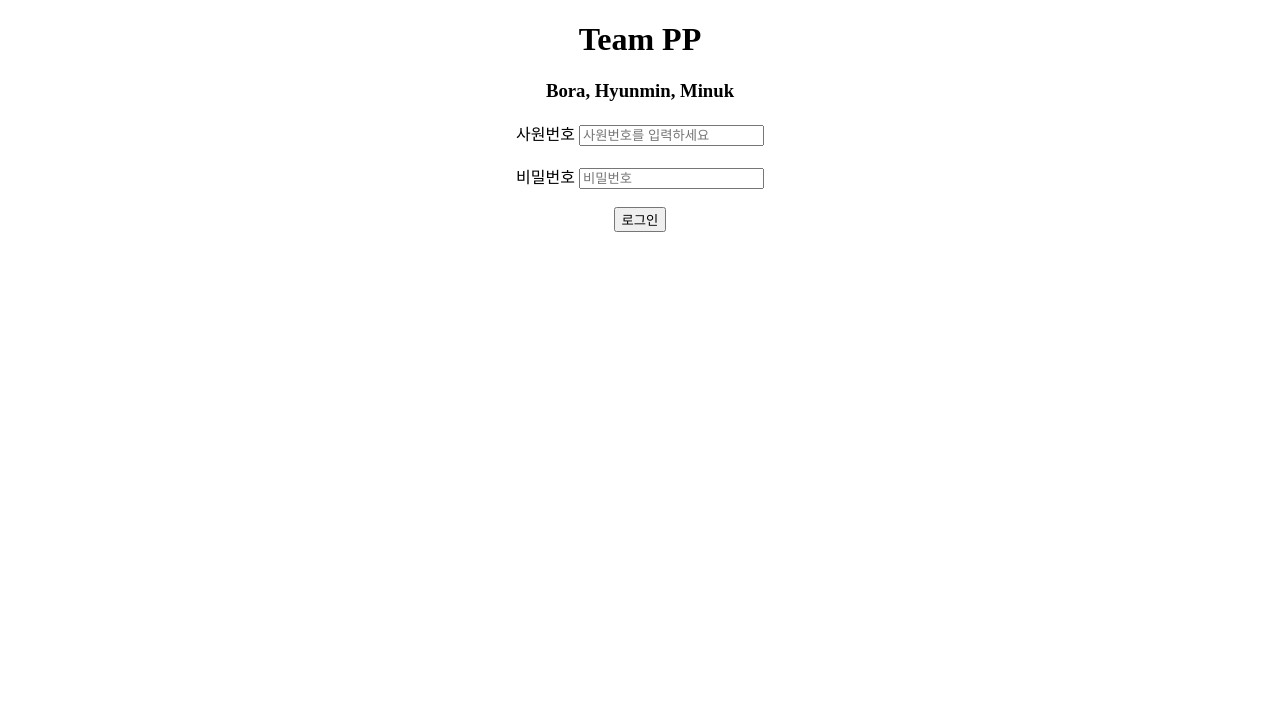
Repository: hyunminini/CommunityPage
Page: http://localhost/PP_Project/login.jsp
These files come from the project's save history. The page is drawn as it stood at one moment and after the next save; the edit follows.
The browser window is 1280 px wide. The page is 1280 px wide, then 1288 px, so the pictures cover 1288 px, including what lies to the right of the window. The pictures show the whole page.
The page is served by Tomcat 9. Other server files are loaded and not shown.

Above is the page before, as saved 2022-09-29 02:41:59.

### PP_Project/WebContent/login.jsp
<%@ page language="java" contentType="text/html; charset=UTF-8"
    pageEncoding="UTF-8"%>

<!DOCTYPE html>
<html>
<head>
<meta charset="UTF-8">
<title>Login.jsp</title>

<script>
    // 유효성 검증 예정
    window.onload = function() {
   /*      document.emp.onsubmit = function() {
        	var empno = document.emp.empno;
    		var pw = document.emp.pw; */
        document.login.onsubmit = function() {
        	var empno = document.login.empno;
    		var pw = document.login.pw;

            if(!empno.value) {
                alert("사원번호를 입력하세요")
                empno.focus();
                return false;
            }
            if(!pw.value) {
                alert("비밀번호를 입력하세요")
                pw.focus();
                return false;
            }
        }
    }
</script>

</head>
<body>
	<h1 align="center">Team PP</h1>
	<h3 align="center">Bora, Hyunmin, Minuk</h3>
	<div class="container">
		<div class="login" align="center" >
			<form id="loginForm" name="login" action="login" method="post">
				<label for="empno" class="form-label">사원번호</label>
				<input type="text" id="empno" name="empno" placeholder="사원번호를 입력하세요"></br><br/>
				<label for="pw" class="form-label">비밀번호</label>
				<input type="password" id="pw" name="pw" placeholder="비밀번호"><br/><br/>
				<button type="submit">로그인</button><br/>
			</form>
		</div>
	</div>
</body>
</html>

After the next save:
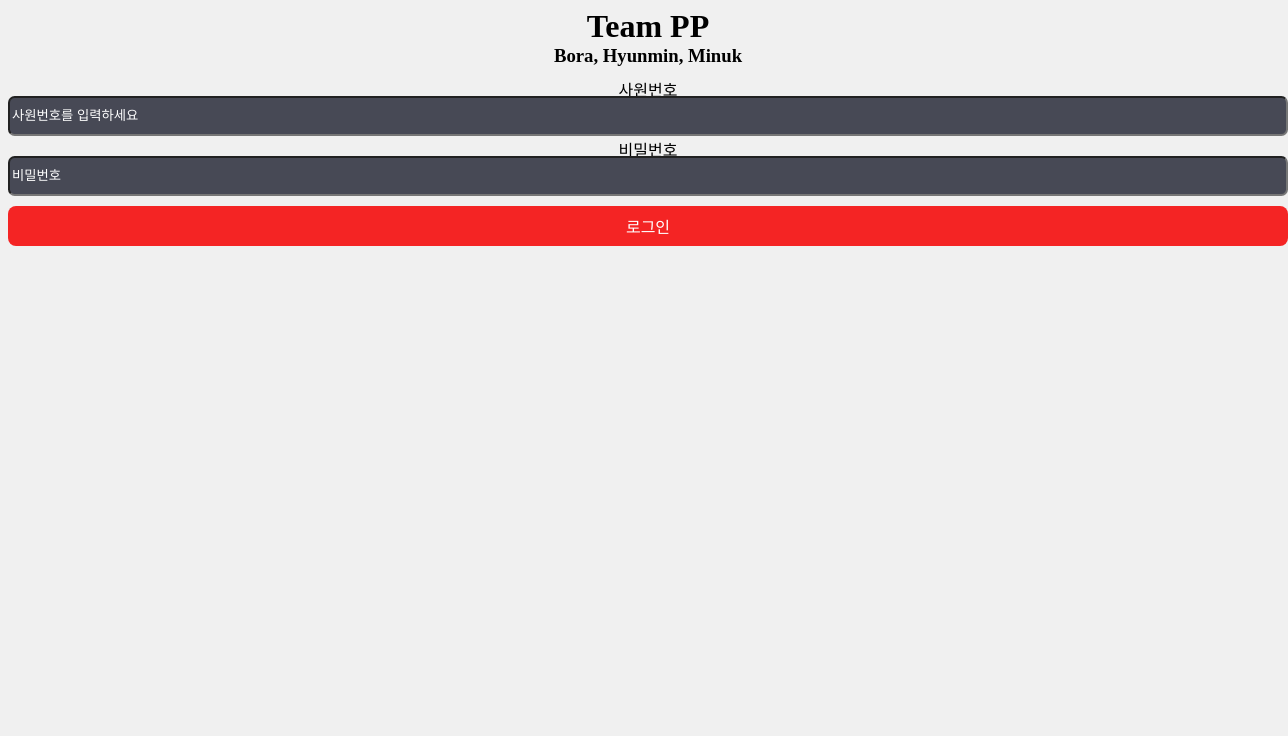
Saved 59 s later.
--- a/PP_Project/WebContent/login.jsp
+++ b/PP_Project/WebContent/login.jsp
@@ -30,6 +30,71 @@
         }
     }
 </script>
+<style>
+body {
+	width: 100%;
+	height: 100vh;
+	position: relative;
+	background: #f0f0f0;
+}
+h1 {
+	margin: 0;
+}
+h3 {
+	margin: 0em 0em 1em 0em;
+	padding: 0;
+}
+.container {
+	line-height: 10px;
+}
+.login-wrap {
+	width: 25em;
+	height: auto;
+	position: absolute;
+	top: 50%;
+	left: 50%;
+	transform: translate(-50%, -50%);
+}
+#loginForm > input {
+	background: #474955;
+	width: 100%;
+	height: 3em;
+	border-radius: 0.5em;
+	text-align: left;
+	padding: 2px;
+	box-sizing: border-box;
+	color: #fff;
+}
+#loginForm > input::placeholder {
+	color: #fff;
+	margin-left: 0.5em;
+}
+#loginForm > input:focus {
+	color: #fff;
+}
+#loginForm > input:focus::placeholder {
+	color: transparent;
+}
+#loginForm > button {
+	background: #F42424;
+	width: 100%;
+	height: 2.5em;
+	border-radius: 0.5em;
+	border: none;
+	color: #fff;
+	font-size: 1em;
+	padding: 2px;
+	cursor: pointer;
+}
+#loginForm > button:hover {
+	background: #F44949;
+	transition: 0.5s;
+}
+#loginForm > button:active {
+	background: #E00000;
+}
+
+</style>
 
 </head>
 <body>
